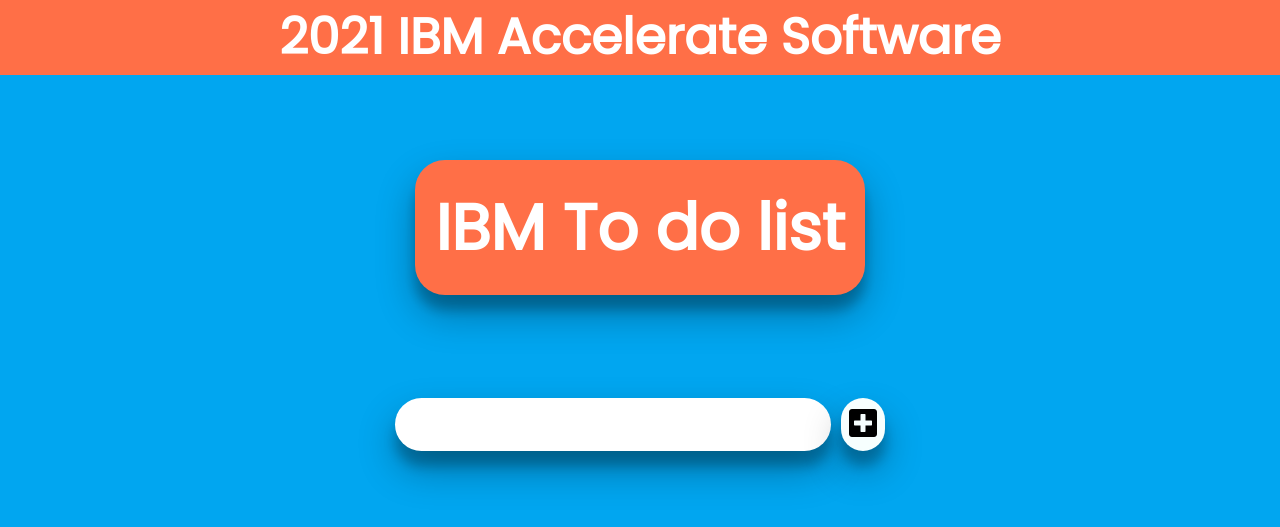
Repository: 2021-IBM-Accelerate-SW-Track/lab-1-team-34
Page: /
The author's editor kept a copy of each file at every save. The page is drawn from the files as they stood at one save, then again after the next save.
The browser window is 1280 px wide. The pictures show the whole page.
Some web libraries are served in a nearby version. The project was rebuilt for these pictures with package versions that can differ from the ones it lists, and the page was loaded fresh each time. Also part of the build but not shown: src/components/Todo.js.

Above is the page before, as saved 2021-06-16 18:26:40.

### public/index.html
<!DOCTYPE html>
<html lang="en">
  <head>
    <meta charset="utf-8" />
    <link
      href="https://fonts.googleapis.com/css?family=Poppins&display=swap"
      rel="stylesheet"
    />
    <link
      rel="stylesheet"
      href="https://cdnjs.cloudflare.com/ajax/libs/font-awesome/5.12.1/css/all.min.css"
      integrity="sha256-mmgLkCYLUQbXn0B1SRqzHar6dCnv9oZFPEC1g1cwlkk="
      crossorigin="anonymous"
      <meta
      name="viewport"
      content="width=device-width, initial-scale=1"
    />
    <meta name="theme-color" content="#000000" />
    <meta
      name="description"
      content="Web site created using create-react-app"
    />
    <link rel="apple-touch-icon" href="%PUBLIC_URL%/logo192.png" />
    <!--
      manifest.json provides metadata used when your web app is installed on a
      user's mobile device or desktop. See https://developers.google.com/web/fundamentals/web-app-manifest/
    -->
    <link rel="manifest" href="%PUBLIC_URL%/manifest.json" />
    <!--
      Notice the use of %PUBLIC_URL% in the tags above.
      It will be replaced with the URL of the `public` folder during the build.
      Only files inside the `public` folder can be referenced from the HTML.

      Unlike "/favicon.ico" or "favicon.ico", "%PUBLIC_URL%/favicon.ico" will
      work correctly both with client-side routing and a non-root public URL.
      Learn how to configure a non-root public URL by running `npm run build`.
    -->
    <title>React App</title>
  </head>
  <body>
    <noscript>You need to enable JavaScript to run this app.</noscript>
    <div id="root"></div>
    <!--
      This HTML file is a template.
      If you open it directly in the browser, you will see an empty page.

      You can add webfonts, meta tags, or analytics to this file.
      The build step will place the bundled scripts into the <body> tag.

      To begin the development, run `npm start` or `yarn start`.
      To create a production bundle, use `npm run build` or `yarn build`.
    -->
  </body>
</html>

### src/App.js
import "./App.css";
import Form from "./components/form";
import React, { useState } from "react";
import List from "./components/list";
import Header from "./components/header";

function App() {
  const [inputText, setInputText] = useState("");
  const [todos, setTodos] = useState([]);
  return (
    <div className="App">
      <Header />
      <header>
        <h1 className="ibm-header">IBM To do list</h1>
      </header>
      <Form
        inputText={inputText}
        todos={todos}
        setTodos={setTodos}
        setInputText={setInputText}
      />
      <List setTodos={setTodos} todos={todos} />
    </div>
  );
}

export default App;

### src/App.css
=* {
  margin: 0;
  padding: 0;
  box-sizing: border-box;
}

.ibm-header {
  background-color: #ff6f47;
  padding: 20px;
  border-radius: 30px;
  box-shadow: rgba(0, 0, 0, 0.3) 0px 19px 38px,
    rgba(0, 0, 0, 0.22) 0px 15px 12px;
  margin-top: 100px;
}

.App > header > .ibm-header {
  animation: floatY 2400ms ease-out infinite both;
}
@keyframes floatY {
  0%,
  100% {
    transform: translateY(0);
  }

  50% {
    transform: translateY(-20px);
  }
}
body {
  background-color: #01a6f0;
  color: white;
  font-family: "Poppins", sans-serif;
  min-height: 100vh;
}
header {
  font-size: 2rem;
}

header,
form {
  min-height: 20vh;
  display: flex;
  justify-content: center;
  align-items: center;
  border-radius: 10;
}
form input,
form button {
  padding: 0.5rem;
  font-size: 2rem;
  border: none;
  background: white;
  border-radius: 30px;
  box-shadow: rgba(0, 0, 0, 0.3) 0px 19px 38px,
    rgba(0, 0, 0, 0.22) 0px 15px 12px;
  vertical-align: middle;
}
form button {
  color: #000000;
  background: #f7fffe;
  cursor: pointer;
  transition: all 0.3s ease;
  margin-left: 10px;
}
form button:hover {
  background: #1aff79;
  color: white;
}
.todo-container {
  display: flex;
  justify-content: center;
  align-items: center;
}

.todo-list {
  min-width: 30%;
  list-style: none;
}

.todo {
  margin: 0.5rem;
  background: white;
  font-size: 1.5rem;
  color: black;
  display: flex;
  justify-content: space-between;
  align-items: center;
  transition: all 1s ease;
  border-radius: 30px;
  box-shadow: rgba(0, 0, 0, 0.3) 0px 19px 38px,
    rgba(0, 0, 0, 0.22) 0px 15px 12px;
}
.filter-todo {
  padding: 1rem;
}
.todo li {
  flex: 1;
}

.trash-btn {
  background: #ff6f47;
  color: white;
  border: none;
  padding: 1rem;
  cursor: pointer;
  font-size: 1rem;
  border-radius: 30px;
}
.complete-btn {
  background: #ff6f47;
  color: white;
  border: none;
  padding: 1rem;
  cursor: pointer;
  font-size: 1rem;
  border-radius: 30px;
}
.complete-btn {
  background: rgb(11, 212, 162);
}
.todo-item {
  padding: 0rem 0.5rem;
}

.fa-trash,
.fa-check {
  pointer-events: none;
  vertical-align: middle;
}

.fall {
  transform: translateY(10rem) rotateZ(20deg);
  opacity: 0;
}
.plus {
  text-align: center;
}

.completed {
  text-decoration: line-through;
  opacity: 0.5;
}

/*CUSTOM SELECTOR */
select {
  -webkit-appearance: none;
  -moz-appearance: none;
  -ms-appearance: none;
  appearance: none;
  outline: 0;
  box-shadow: none;
  border: 0 !important;
  background-image: none;
}

/* Custom Select */
.select {
  margin: 1rem;
  position: relative;
  overflow: hidden;
}
select {
  color: #ff6f47;
  font-family: "Poppins", sans-serif;
  cursor: pointer;
  width: 12rem;
}
/* Arrow */
.select::after {
  content: "\25BC";
  position: absolute;
  top: 0;
  right: 0;
  padding: 1rem;
  background: #ff6f47;
  cursor: pointer;
  pointer-events: none;
}
/* Transition */
/*
.select:hover::after {
  transform: scale(1.5);
}
*/

### src/components/form.js
import React from "react";

const form = ({ setInputText, todos, setTodos, inputText }) => {
  const inputTextHandler = (e) => {
    console.log(e.target.value);
    setInputText(e.target.value);
  };
  const submitTodoHandler = (e) => {
    e.preventDefault();
    setTodos([
      ...todos,
      { text: inputText, completed: false, id: Math.random() * 1000 },
    ]);
    setInputText("");
  };

  return (
    <form>
      <input
        value={inputText}
        onChange={inputTextHandler}
        //data testing
        data-testid="new-item-input"
        type="text"
        className="todo-input"
      />
      <button onClick={submitTodoHandler} className="todo-button" type="submit">
        <i className="fas fa-plus-square plus"></i>
      </button>
      {/* <div className="select">
        <select name="todos" className="filter-todo">
          <option value="all">All</option>
          <option value="completed">Completed</option>
          <option value="uncompleted">Uncompleted</option>
        </select>
      </div> */}
    </form>
  );
};

export default form;

### src/components/list.js
import React from "react";
import Todo from "./Todo";

const Todolist = ({ todos, setTodos }) => {
  return (
    <div className="todo-container">
      <ul className="todo-list">
        {todos.map((todo) => (
          <Todo
            key={todo.id}
            text={todo.text}
            setTodos={setTodos}
            todos={todos}
            todo={todo}
          />
        ))}
      </ul>
    </div>
  );
};

export default Todolist;

### src/components/header/index.js
import Header from "./header"

export default Header

### src/components/header/header.js
import "./header.css";
export default function Header() {
  return (
    <div className="header">
      2021 IBM Accelerate Software
    </div>
  );
}

### src/components/header/header.css
.header {
  font-size: 50px;
  background-color: #ff6f47;
  color: white;
  font-weight: bold;
  text-align: center;
}

Loaded but not shown: src/index.js (common file); src/index.css (common file); src/reportWebVitals.js (common file)

After the next save:
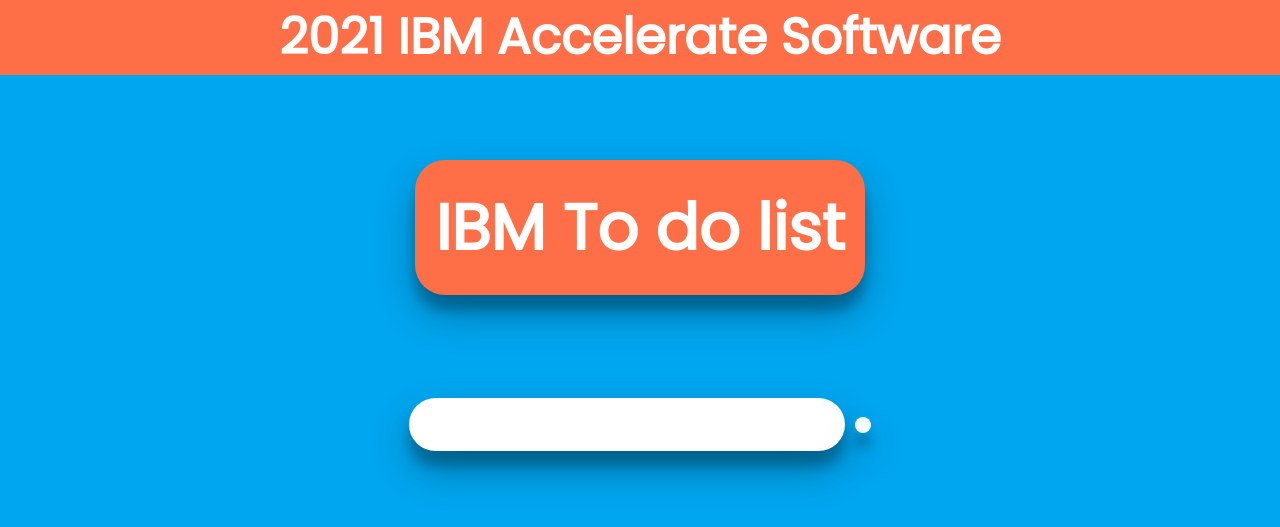
Saved 35 s later.
--- a/src/components/form.js
+++ b/src/components/form.js
@@ -25,7 +25,7 @@
         className="todo-input"
       />
       <button onClick={submitTodoHandler} className="todo-button" type="submit">
-        <i className="fas fa-plus-square plus"></i>
+        <i className="fas fa-plus-square" className="plus"></i>
       </button>
       {/* <div className="select">
         <select name="todos" className="filter-todo">

After the save that followed:
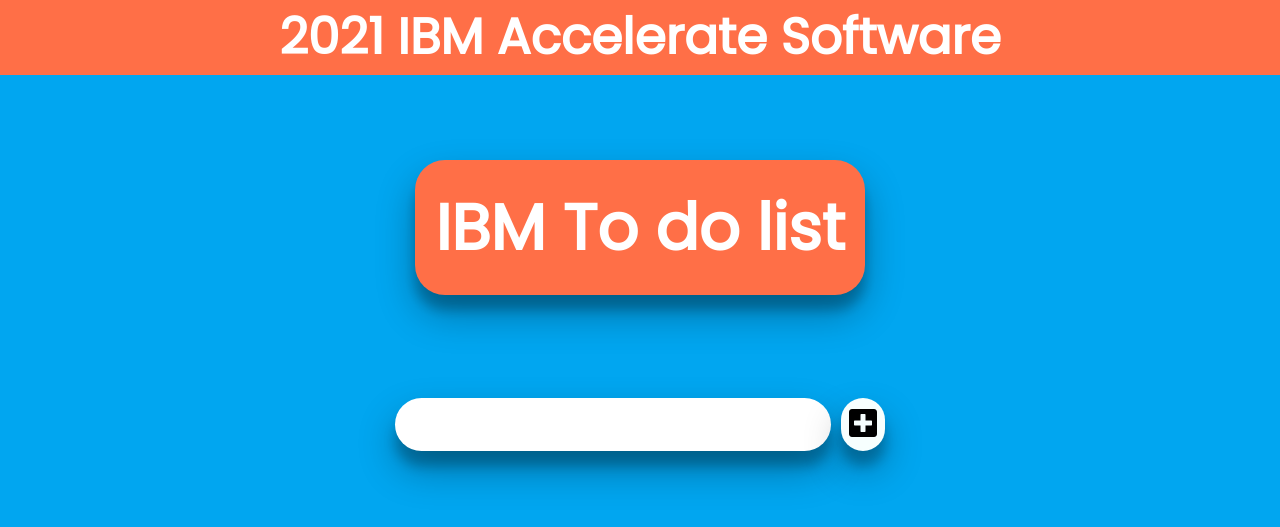
Saved 25 s later.
--- a/src/components/form.js
+++ b/src/components/form.js
@@ -25,7 +25,7 @@
         className="todo-input"
       />
       <button onClick={submitTodoHandler} className="todo-button" type="submit">
-        <i className="fas fa-plus-square" className="plus"></i>
+        <i className="fas fa-plus-square"></i>
       </button>
       {/* <div className="select">
         <select name="todos" className="filter-todo">
